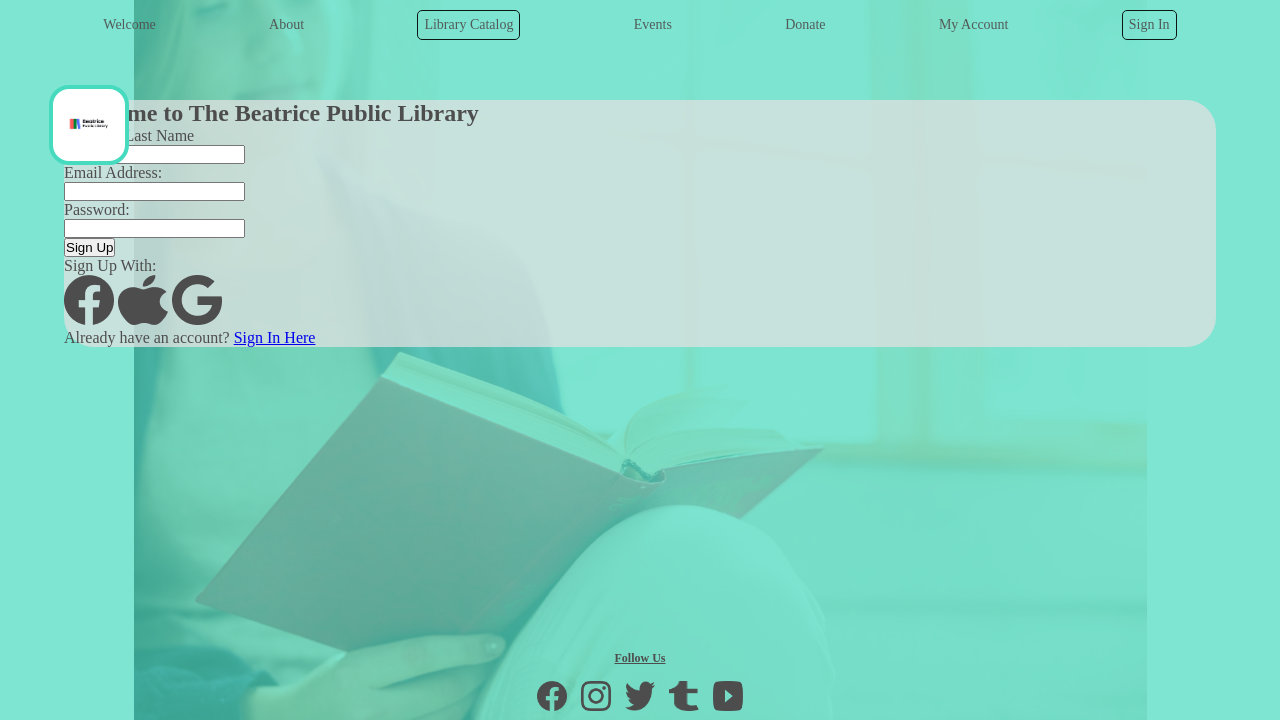
Repository: cokoduwa/RA-Wk5-Library
Page: createprofile.html
The author's editor kept a copy of each file at every save. The page is drawn from the files as they stood at one save, then again after the next save.
The browser window is 1280 px wide. The pictures show the whole page.

Above is the page before, as saved 2023-01-27 20:36:07.

### createprofile.html
<!DOCTYPE html>
<html lang="en">
<head>
    <meta charset="UTF-8">
    <meta http-equiv="X-UA-Compatible" content="IE=edge">
    <meta name="viewport" content="width=device-width, initial-scale=1.0">
    <link rel="stylesheet" href="createprofile.css">
    <title>Create Profile</title>
</head>
<body>
    <div class="back-img-3">
        <div class="back-color">
            <nav>
                <div class="menu-options">
                    <a href="index.html">Welcome</a>
                    <a href="about.html">About</a>
                    <a class="nav-link" href="#">Library Catalog</a>
                    <a href="#">Events</a>
                    <a href="#">Donate</a>
                    <a href="#">My Account</a>
                    <a class="nav-link" href="signin.html">Sign In</a>
                </div>
            </nav>

            <main>
                <div class="sections">

                    <section id="create" class="card">
                        <img id="logo" src="images/BPLcanvaLogo.jpeg" alt="BPL Logo">

                        <h1>Welcome to The Beatrice Public Library</h1>

                        <form action="">
                            <label for="fullname">First and Last Name</label><br>
                            <input type="text" name="fullname" id="fullname"><br>
                            <label for="email">Email Address:</label><br>
                            <input type="email" name="email" id="email"><br>
                            <label for="">Password:</label><br>
                            <input type="password" name="password" id="password">
                        </form>

                        <div class="sign-up">
                            <button id="sign">Sign Up</button>

                            <p>Sign Up With:</p>

                            <div class="socials">
                                <img src="images/facebook.png" alt="">
                                <img src="images/apple.png" alt="">
                                <img src="images/google.png" alt="">
                            </div>

                        </div>

                        <p class="member">Already have an account? <a href="signin.html">Sign In Here</a></p>

                    </section>

                </div>

            </main>

            <footer>
                <h3>Follow Us</h3>
                <img class="social-media-logos" src="images/facebook.png" alt="Facebook Logo">
                <img class="social-media-logos" src="images/instagram.png" alt="Instagram Logo">
                <img class="social-media-logos" src="images/twitter.png" alt="Twitter Logo">
                <img class="social-media-logos" src="images/tumblr.png" alt="Tumblr Logo">
                <img class="social-media-logos" src="images/youtube.png" alt="YouTube Logo">
            </footer>

        </div>
    </div>


</body>
</html>

### createprofile.css
*{
    padding:0;
    margin:0;
    box-sizing: border-box;
}

body {
    color: #4E4D4D;
    font-family: 'Arial Rounded MT Bold';
    width: 100%;
}

.back-color {
    background-color: rgb(70, 218, 191, 0.7);
    height: 100vh;
}

.back-img-3 {
    height: 100%;
    background-position: center;
    background-size: contain;
    background-image: url("images/Sign-In-Up.png");
    background-repeat: no-repeat;

}

/****** Navigation Bar/Menu for all pages ******/
.menu-options{
    display: flex;
    justify-content: space-evenly;
    align-items: center;
    gap: 10px;
    opacity: 0.9;
    padding:10px 0;
}

nav a {
    text-decoration: none;
    color: #4E4D4D;
    font-size: 8px;
}
.nav-link {
    border-radius: 5px;
    border: 1px solid black;
    padding: 6px;
}

/***** Main Sections ******/
.sections {
    width: 90%;
    margin: 0 auto;

}

.card {
    background-color: rgba(224, 224, 224, 0.75);
    position: relative;
    border-radius: 30px;
    margin: 50px 0;
}


/****** Section ******/



#logo {
    width: 80px;
    height: 80px;
    border-radius: 20px;
    border: 4px solid #46DABF;
    padding: 10px;
    position: absolute;
    top: -15px;
    left: -15px;
    background-color: white;
}

#logo img {
    width: 100%;
}



/****** Footer for all pages ******/

footer {
    text-align: center;
    margin: 0 auto;
    width: 100%;
    position: absolute;
    bottom: 0;

}

footer h3 {
    font-size: 12px;
    text-decoration: underline;
    padding: 10px;
}

.social-media-logos{
    width: 2.5em;
    height: 2.5em;
    padding: .3em;
}

/***** Media Queries *****/

/* Medium devices (landscape tablets, 768px and up) */
@media only screen and (min-width: 768px) {
    nav a {
        font-size: 14px;
    }


}

/* Large devices (laptops/desktops, 992px and up) */
@media only screen and (min-width: 992px) {


}

After the next save:
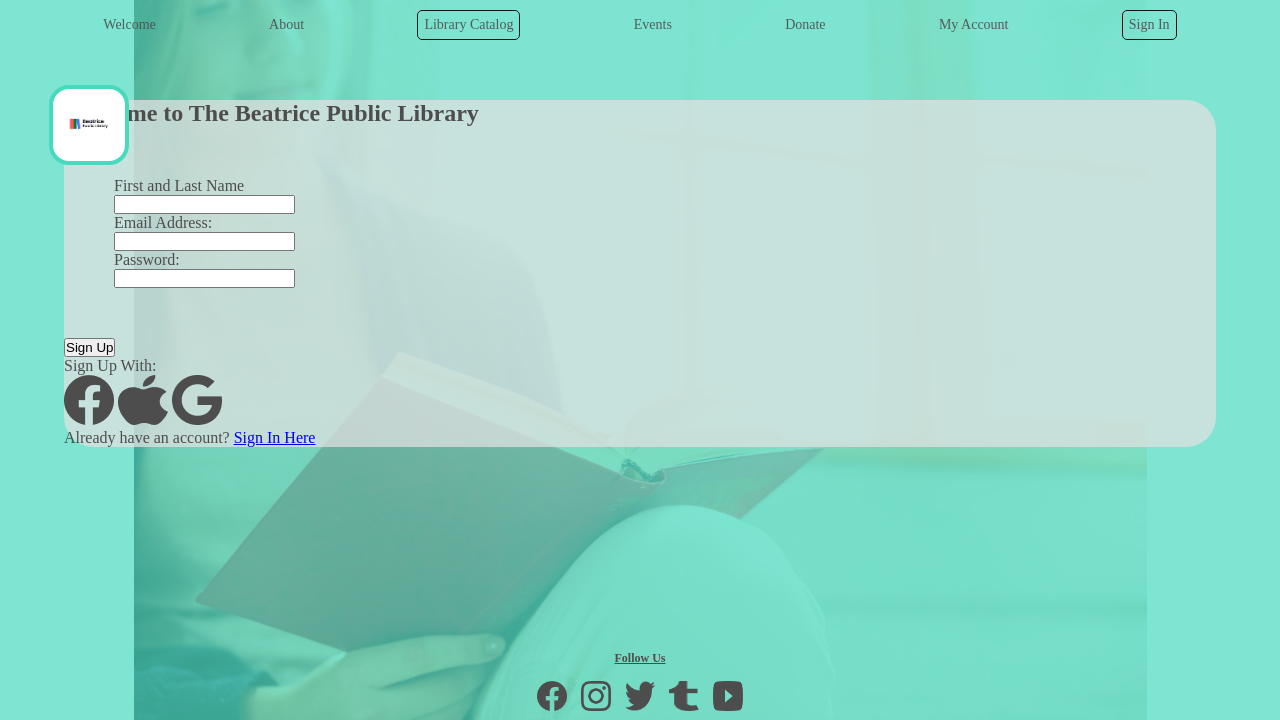
Saved 20 s later.
--- a/createprofile.css
+++ b/createprofile.css
@@ -62,8 +62,6 @@
 
 /****** Section ******/
 
-
-
 #logo {
     width: 80px;
     height: 80px;
@@ -80,7 +78,9 @@
     width: 100%;
 }
 
-
+form {
+    padding: 50px;
+}
 
 /****** Footer for all pages ******/
 

After the save that followed:
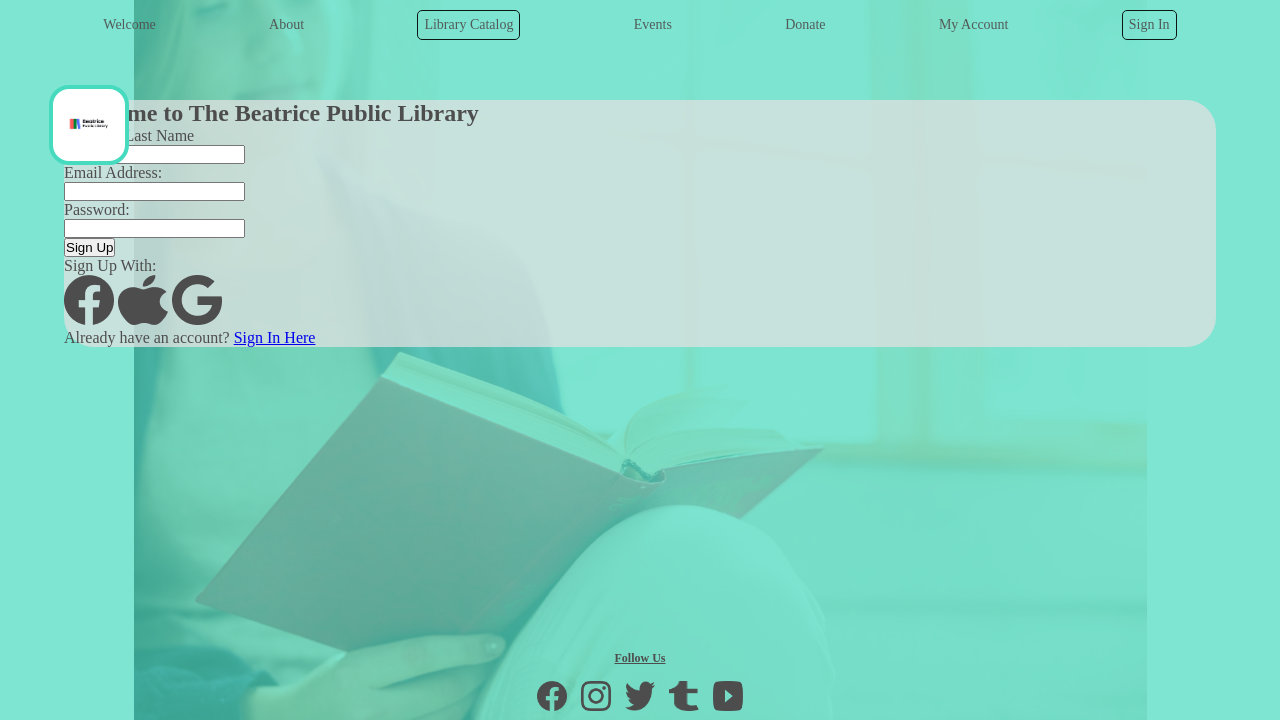
Saved 26 s later.
--- a/createprofile.css
+++ b/createprofile.css
@@ -78,7 +78,7 @@
     width: 100%;
 }
 
-form {
+.create {
     padding: 50px;
 }
 
